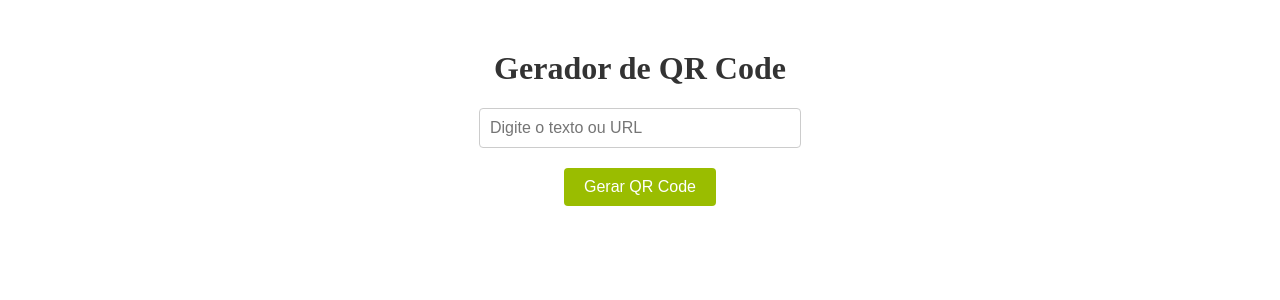
Repository: lenx0/QRCode-generator
Page: /
The author's editor kept a copy of each file at every save. The page is drawn from the files as they stood at one save, then again after the next save.
The browser window is 1280 px wide. The pictures show the whole page.
The project was rebuilt for these pictures with package versions that can differ from the ones it lists, and the page was loaded fresh each time. Also part of the build but not shown: vite.config.ts.

Above is the page before, as saved 2024-06-21 12:41:19.

### index.html
<!doctype html>
<html lang="en">
  <head>
    <meta charset="UTF-8" />
    <link rel="icon" type="image/svg+xml" href="/vite.svg" />
    <meta name="viewport" content="width=device-width, initial-scale=1.0" />
    <link href="https://fonts.googleapis.com/css2?family=Roboto:wght@400;700&display=swap" rel="stylesheet">

    <title>Vite + React + TS</title>
  </head>
  <body>
    <div id="root"></div>
    <script type="module" src="/src/main.tsx"></script>
  </body>
</html>

### src/App.tsx
import QRCode from "./QRCode"
import "./App.css"

function App() {
  return (
    <QRCode />
  )
}

export default App

### src/QRCode.tsx
import React, { useState, ChangeEvent } from 'react';
import QRCode from 'qrcode.react';

const QRCodeGenerator: React.FC = () => {
  const [inputText, setInputText] = useState<string>('');
  const [qrCodeValue, setQrCodeValue] = useState<string>('');

  const handleChange = (e: ChangeEvent<HTMLInputElement>) => {
    setInputText(e.target.value);
  };

  const generateQRCode = () => {
    setQrCodeValue(inputText);
  };

  return (
    <div style={{ textAlign: 'center', marginTop: '50px' }}>
      <h1>Gerador de QR Code</h1>
      <input
        type="text"
        value={inputText}
        onChange={handleChange}
        placeholder="Digite o texto ou URL"
        style={{ padding: '10px', width: '300px', marginBottom: '20px' }}
      />
      <br />
      <button onClick={generateQRCode} style={{ padding: '10px 20px', cursor: 'pointer' }}>
        Gerar QR Code
      </button>
      <div style={{ marginTop: '30px' }}>
        {qrCodeValue && <QRCode value={qrCodeValue} />}
      </div>
    </div>
  );
};

export default QRCodeGenerator;

### src/App.css
.App {
  font-family: 'Roboto', sans-serif;
  display: flex;
  justify-content: center;
  align-items: center;
  height: 100vh;
  background-color: #f0f0f0;
}

h1 {
  color: #333;
}

input {
  font-size: 16px;
  border: 1px solid #ccc;
  border-radius: 4px;
}

button {
  font-size: 16px;
  border: none;
  border-radius: 4px;
  background-color: #9abd00;
  color: white;
}

button:hover {
  background-color: #0056b3;
}

Loaded but not shown: src/main.tsx (common file); src/index.css (common file)

After the next save:
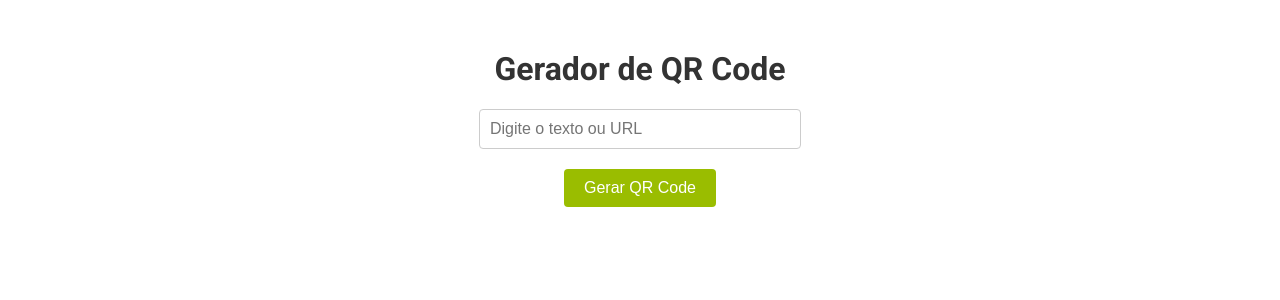
Saved 85 s later.
--- a/src/App.css
+++ b/src/App.css
@@ -1,3 +1,7 @@
+body {
+  font-family: 'Roboto', sans-serif;
+}
+
 .App {
   font-family: 'Roboto', sans-serif;
   display: flex;
